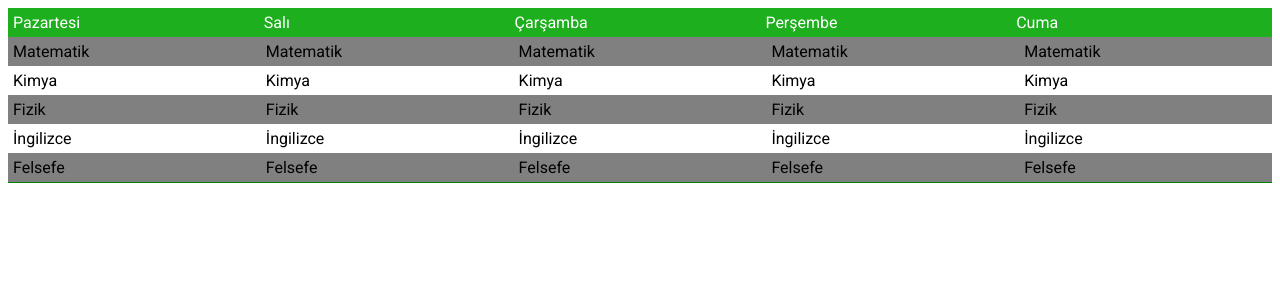
Repository: ahmetbugraozcan/css-ders-programi
Page: deneme.html
An editor plug-in stored every save of this project. The page is shown before and after the next save, followed by the edit.
The browser window is 1280 px wide. The pictures show the whole page.

Above is the page before, as saved 2021-07-10 09:39:11.

After the next save:
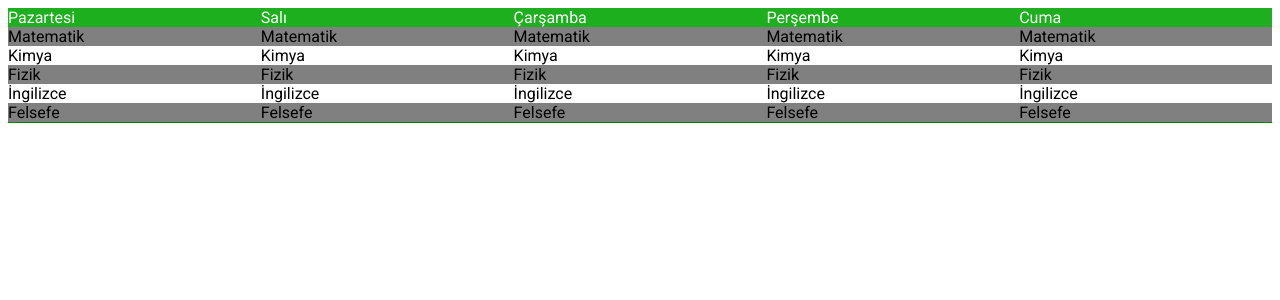
Saved 14 s later.
--- a/deneme.html
+++ b/deneme.html
@@ -33,12 +33,10 @@ body {
     .col :last-child {
         border-bottom: 1px solid green;
     }
-    .col > div, header{
-        padding: 5px;
-    }
+
 
     .col {
-        flex: 2;
+        flex: 1;
         /* distributes space on the line equally among items */
     }
 </style>
